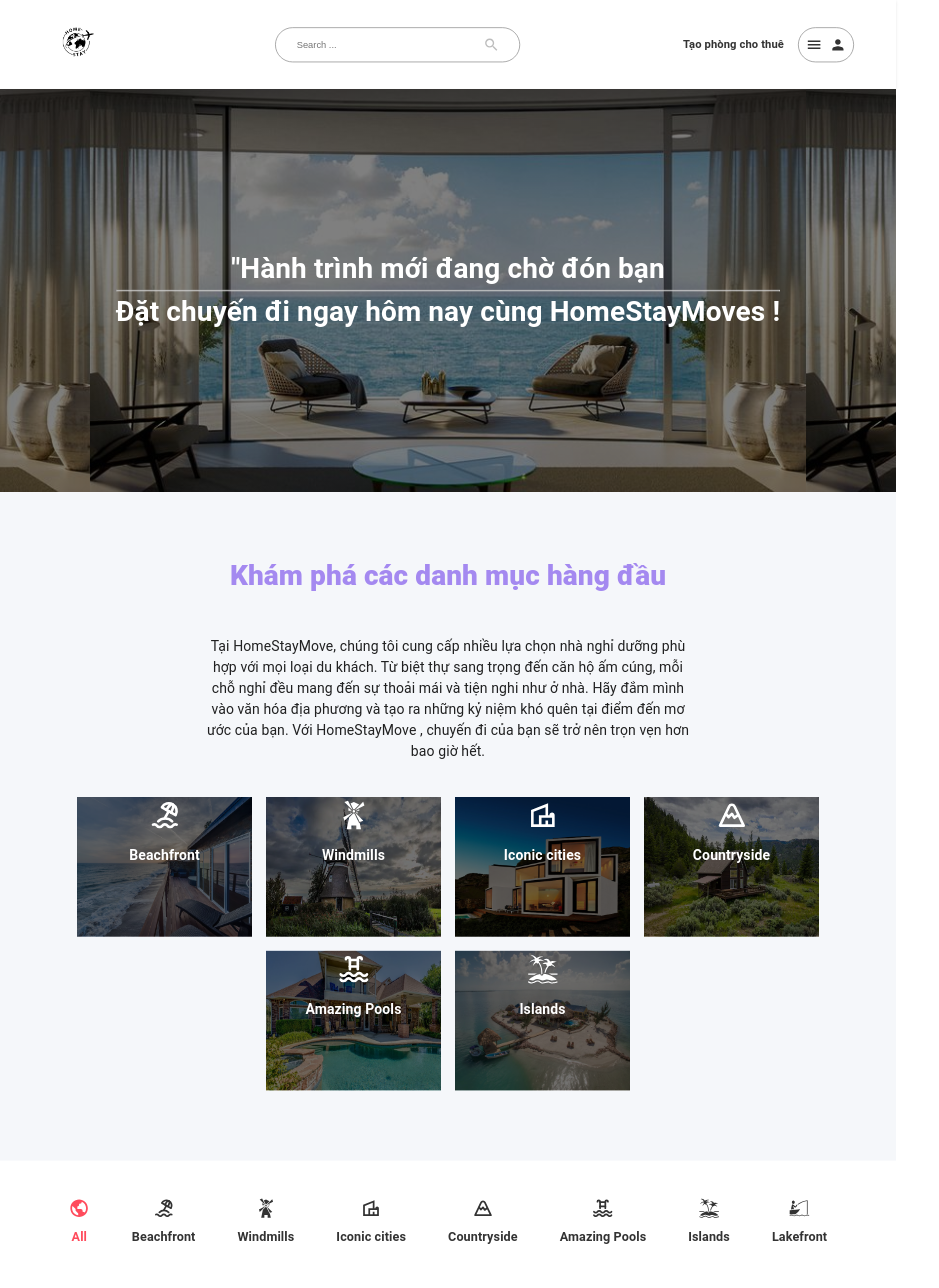
Repository: minhquang203/Homestay
Page: / (app in client/)
These files come from the project's save history. The page is drawn as it stood at one moment and after the next save; the edit follows.
The browser window is 1280 px wide. The page is 1342 px wide, so the pictures cover 1342 px, including what lies to the right of the window. The pictures show the part of the page from y = 0 to 1840 px (the page is 2879 px tall before and 2829 px after), at 70% of full size.
The page's requests for data from a server got no answer. The project was rebuilt for these pictures with package versions that can differ from the ones it lists, and the page was loaded fresh each time. No one was signed in, and anything a server would have sent is missing. Also part of the build but not shown: client/src/styles/ListingCard.scss, client/src/components/ListingCard.jsx, client/src/styles/variable.scss, client/src/styles/List.scss, client/src/pages/CategoryPage.jsx, client/src/styles/CreateListing.scss, client/src/pages/CreateListing.jsx, client/src/styles/ListingDetails.scss and 17 more.

Above is the page before, as saved 2025-04-03 22:06:17.

After the next save:
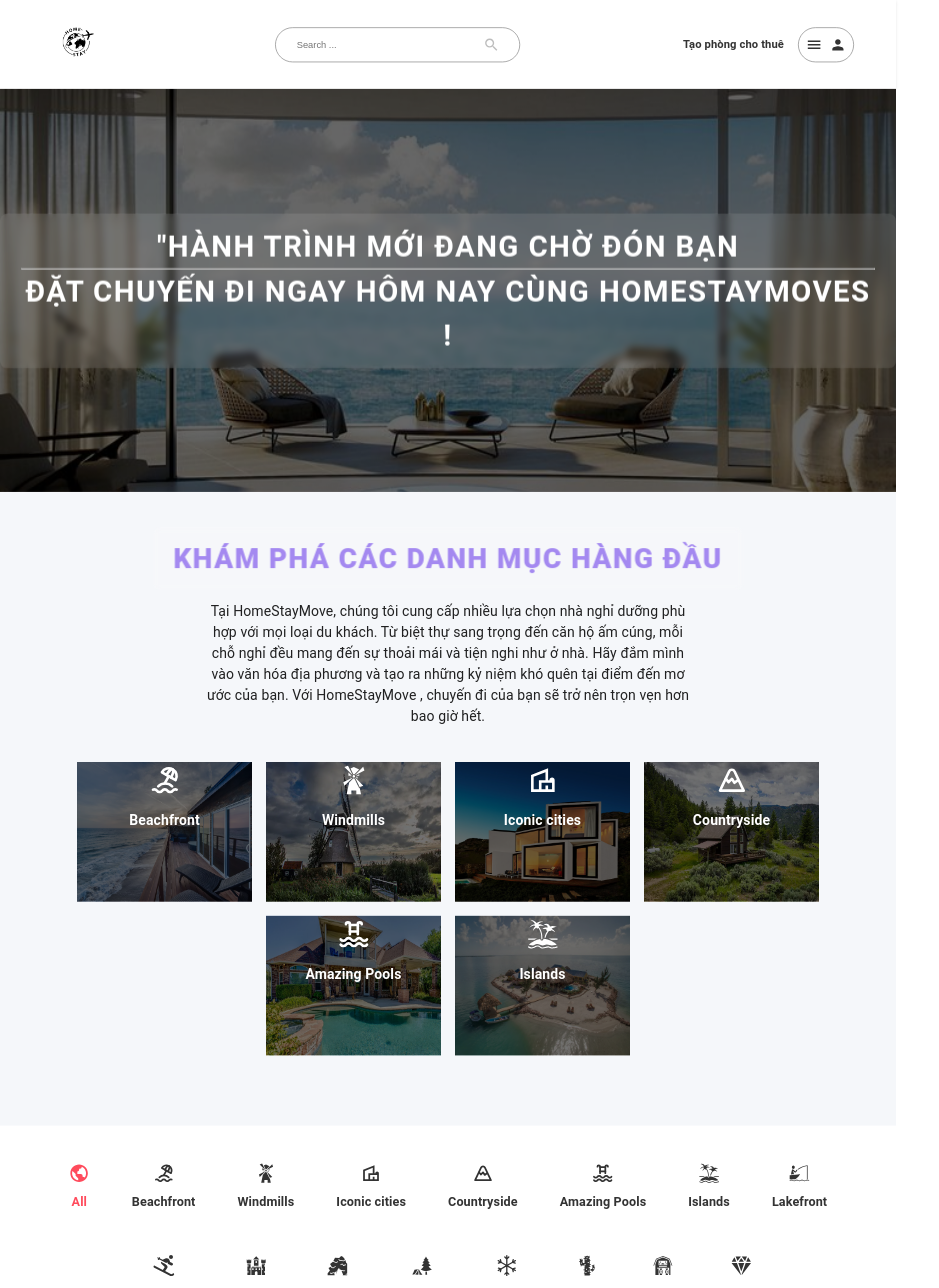
Saved 31 min 4 s later.
--- a/client/src/styles/Slide.scss
+++ b/client/src/styles/Slide.scss
@@ -1,10 +1,11 @@
 .slidePage {
   width: 100vw;
   height: 80vh;
-  background: linear-gradient(rgba(0, 0, 0, 0.5), rgba(0, 0, 0, 0.5)),
+  background: linear-gradient(rgba(0, 0, 0, 0.6), rgba(0, 0, 0, 0.6)),
     url("../../public/assets/slide.jpg");
-  background-position: center top;
-  background-size: contain;
+  background-position: center;
+  background-size: cover; /* Đảm bảo ảnh nền phủ đầy màn hình */
+  background-repeat: no-repeat;
 
   display: flex;
   justify-content: center;
@@ -12,24 +13,32 @@
   text-align: center;
   position: relative;
 
-  animation: moveRight 2s ease-out forwards; /* Di chuyển từ trái sang phải */
+  animation: fadeInUp 1.5s ease-out forwards;
 }
 
-/* Định nghĩa keyframe cho hiệu ứng chuyển động từ trái sang phải */
-@keyframes moveRight {
+/* Hiệu ứng fade-in kết hợp slide-in từ dưới lên */
+@keyframes fadeInUp {
   0% {
-    transform: translateX(-100%); /* Bắt đầu bên ngoài màn hình (trái) */
+    opacity: 0;
+    transform: translateY(50px);
   }
   100% {
-    transform: translateX(0); /* Kết thúc tại vị trí ban đầu */
+    opacity: 1;
+    transform: translateY(0);
   }
 }
 
 h1 {
-  padding: 40px 20px;
-  font-size: 40px;
-  text-align: center;
+  padding: 20px;
+  font-size: 42px;
+  font-weight: bold;
+  text-transform: uppercase;
+  letter-spacing: 2px;
   color: white;
-  z-index: 1; /* Đảm bảo văn bản luôn ở trên hình nền */
+  z-index: 1;
   position: relative;
+  background: rgba(255, 255, 255, 0.1); /* Tạo hiệu ứng nền mờ cho tiêu đề */
+  padding: 15px 30px;
+  border-radius: 10px;
+  backdrop-filter: blur(5px);
 }
